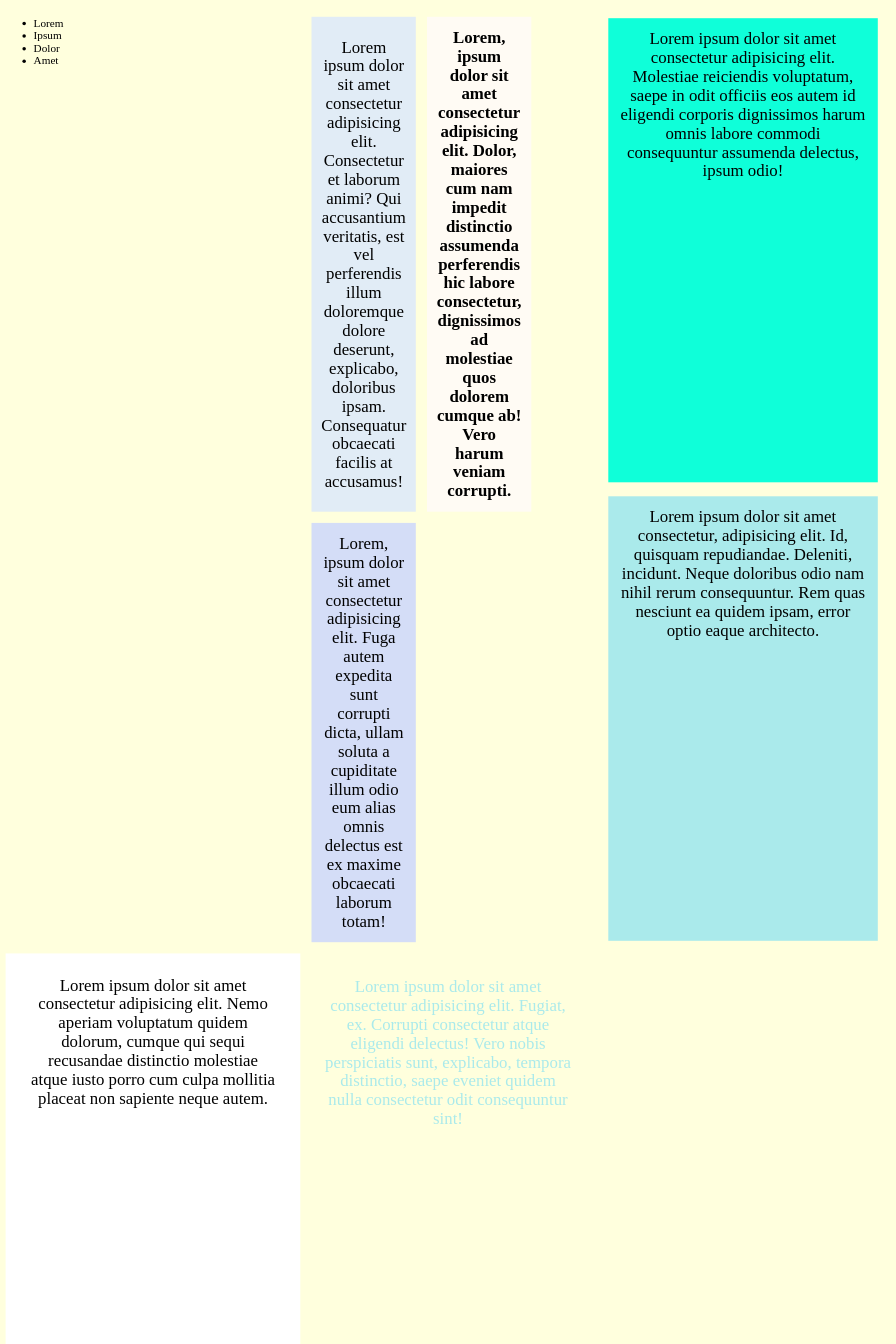
Repository: HTML-a-CSS-2/projekt-portfolio-Angelina555555
Page: .github/index.html
The author's editor kept a copy of each file at every save. The page is drawn from the files as they stood at one save, then again after the next save.
The browser window is 1280 px wide. The pictures show the part of the page from y = 0 to 1920 px (the page is 4078 px tall), at 70% of full size.

Above is the page before, as saved 2022-05-15 19:38:35.

After the next save:
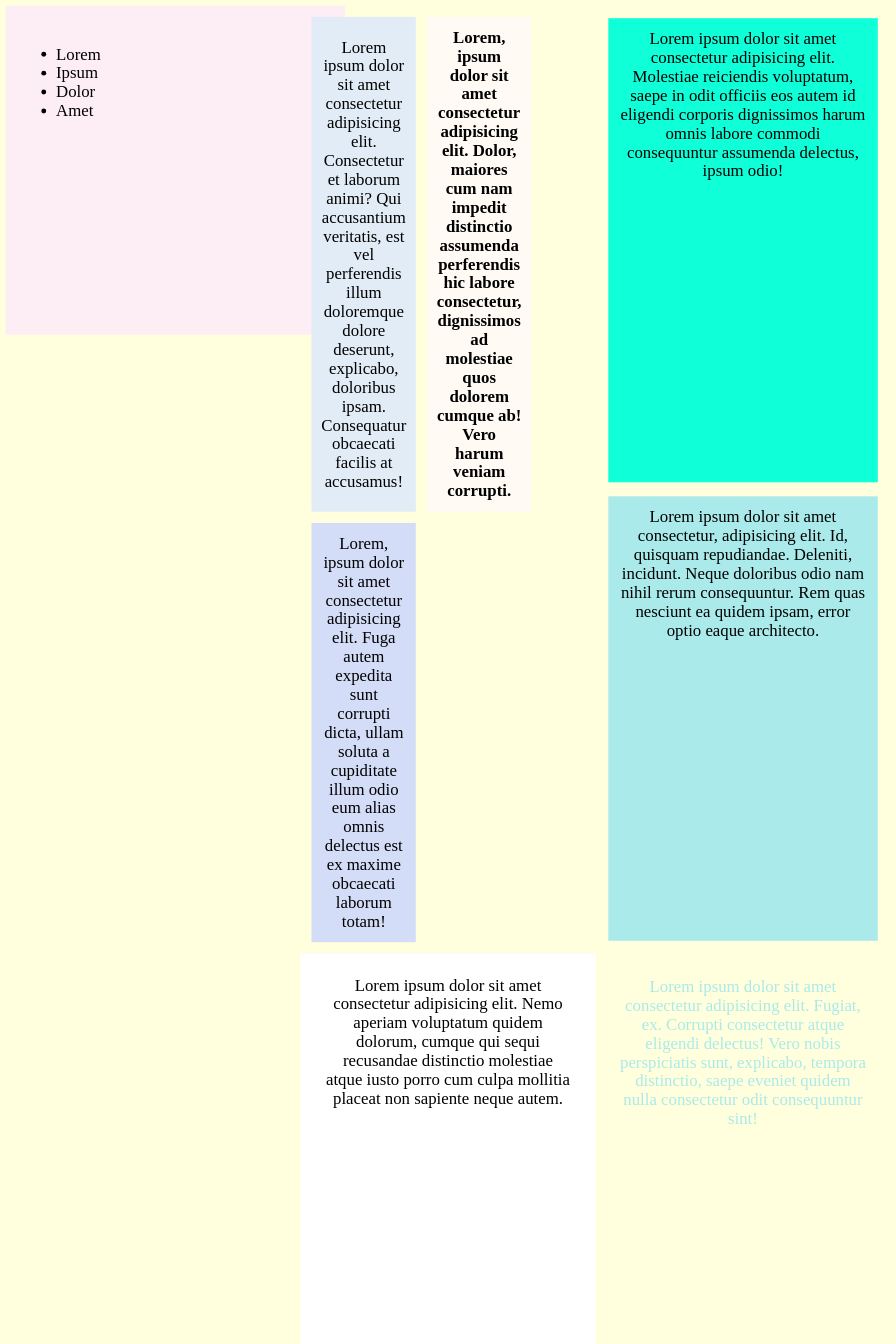
Saved 67 s later.
--- a/.github/index.html
+++ b/.github/index.html
@@ -8,7 +8,7 @@
     <title>Document</title>
   </head>
   <body>
-    <div class="grid">
+    <div class="menu">
       <ul id="menu">
         <li>Lorem</li>
         <li>Ipsum</li>
